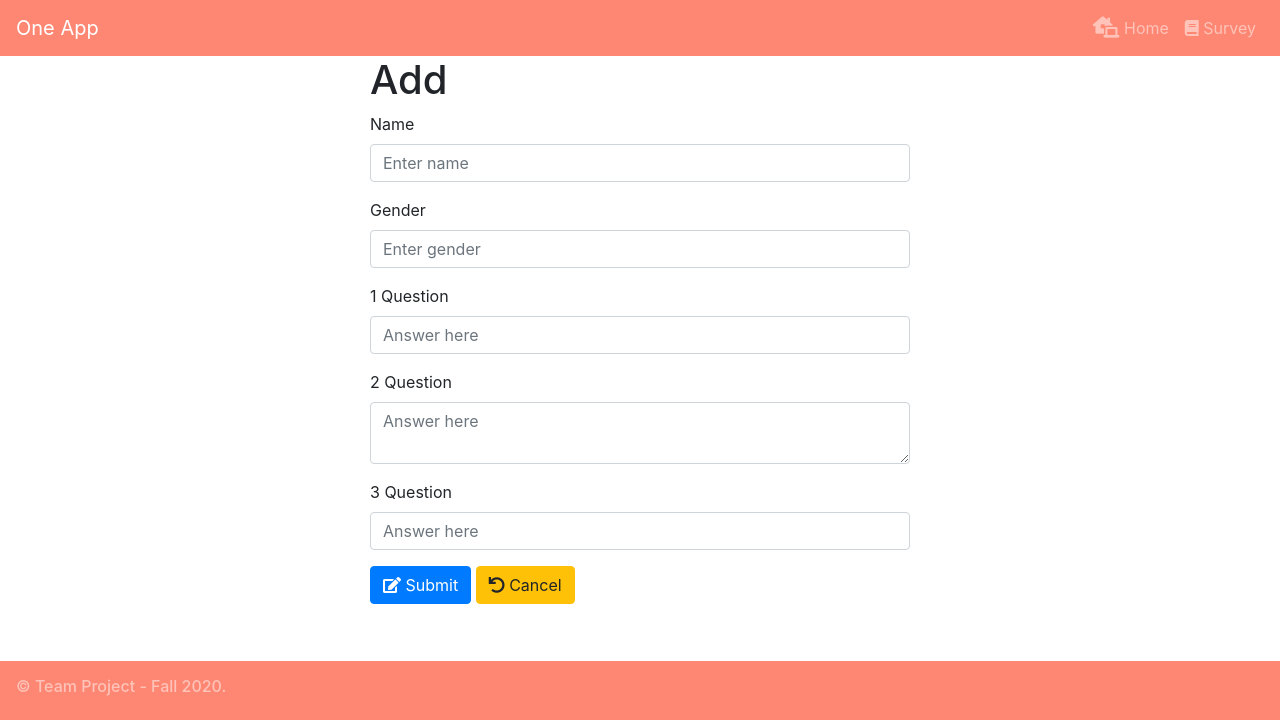
Repository: Dyazho/group-project
Page: http://localhost/survey/add
An editor plug-in stored every save of this project. The page is shown before and after the next save, followed by the edit.
The browser window is 1280 px wide. The pictures show the whole page.
The page is served by the project's Node server (server.js).

Above is the page before, as saved 2020-11-16 11:13:52.

After the next save:
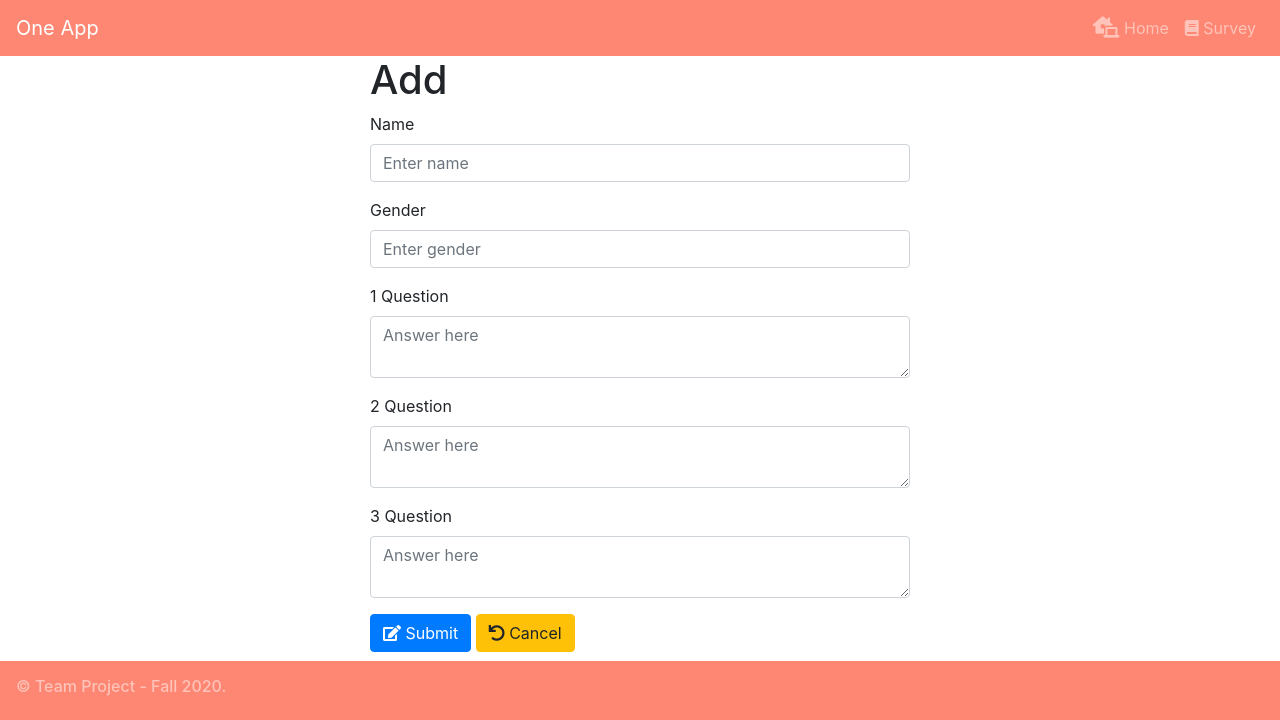
Saved 81 s later.
--- a/server/views/book/add.ejs
+++ b/server/views/book/add.ejs
@@ -27,10 +27,10 @@
 
                 <div class="form-group">
                     <label for="publishedTextField">1 Question </label>
-                    <input type="text" class="form-control"
+                    <textarea type="text" class="form-control"
                     id="publishedTextField"
                     placeholder="Answer here"
-                    name="published" required>
+                    name="published" required></textarea>
                 </div>
 
                 <div class="form-group">
@@ -43,10 +43,10 @@
 
                 <div class="form-group">
                     <label for="priceTextField">3 Question </label>
-                    <input type="text" class="form-control"
+                    <textarea type="text" class="form-control"
                     id="priceTextField"
                     placeholder="Answer here"
-                    name="price" required>
+                    name="price" required></textarea>
                 </div>
 
                 <button class="btn btn-primary" type="submit">
